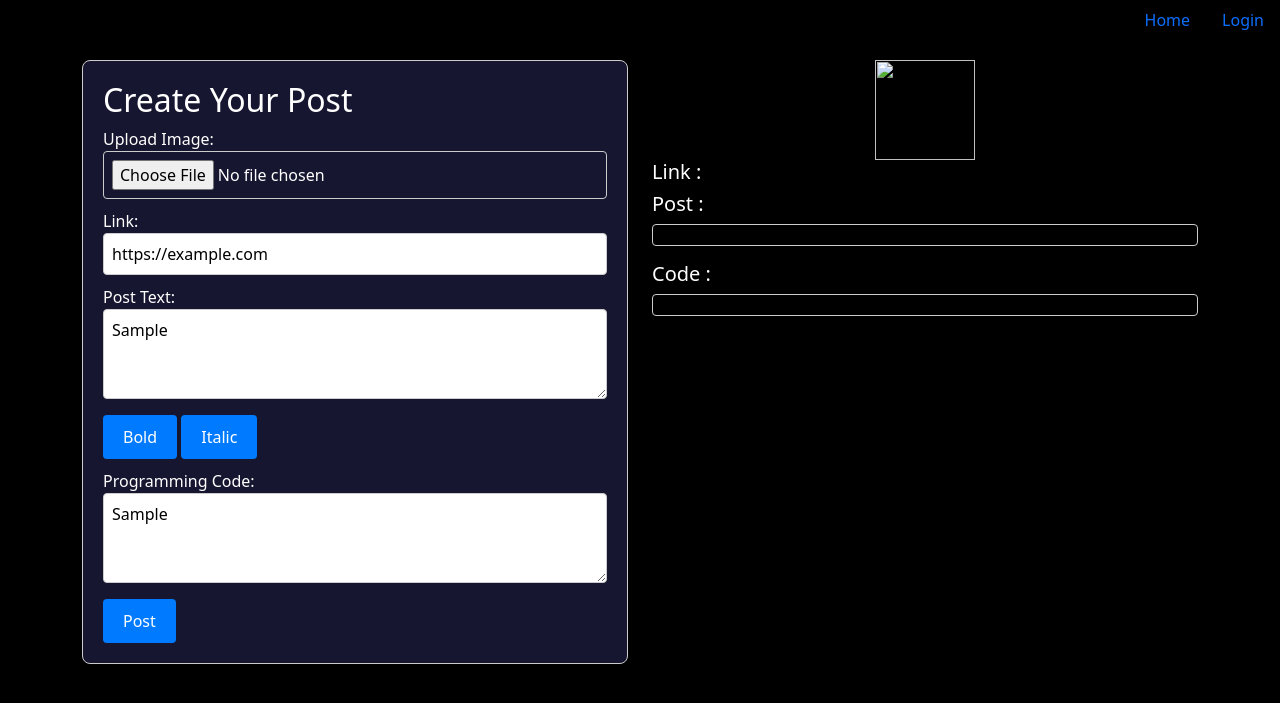
Repository: jaseem1999/sdCommunity
Page: http://localhost/sdCommunity/UserPost.jsp
The author's editor kept a copy of each file at every save. The page is drawn from the files as they stood at one save, then again after the next save.
The browser window is 1280 px wide. The pictures show the whole page.
Empty fields were first filled with sample values (such as "Sample", 5 or name@example.com).
After loading, the first visible `#link` was changed once.
The page is served by Tomcat 9.

Above is the page before, as saved 2023-09-29 15:16:50.
Console error: TypeError: Cannot read properties of null (reading 'value')

After the next save:
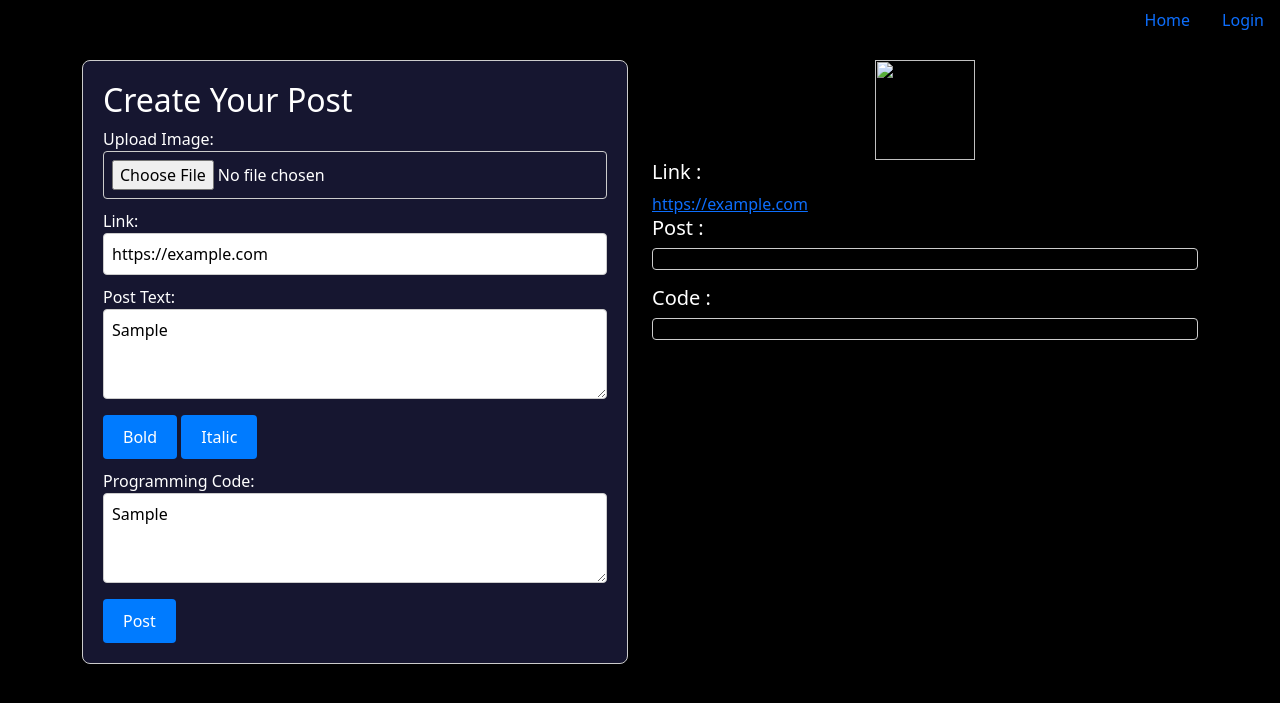
The error is gone.
Saved 82 s later.
--- a/sdCommunity/src/main/webapp/UserPost.jsp
+++ b/sdCommunity/src/main/webapp/UserPost.jsp
@@ -285,14 +285,14 @@ String position = (String) session.getAttribute("position");
             showCode.textContent = inputCode;
         }
         function updateLink() {
-            var inputLink = document.getElementById('inputLink').value;
+            var inputLink = document.getElementById('link').value;
             var showLink = document.getElementById('showLink');
             showLink.href = inputLink;
             showLink.textContent = inputLink;
         }
 
         function updateText() {
-            var inputText = document.getElementById('inputText').value;
+            var inputText = document.getElementById('text').value;
             var showText = document.getElementById('showText');
             showText.textContent = inputText;
         }
